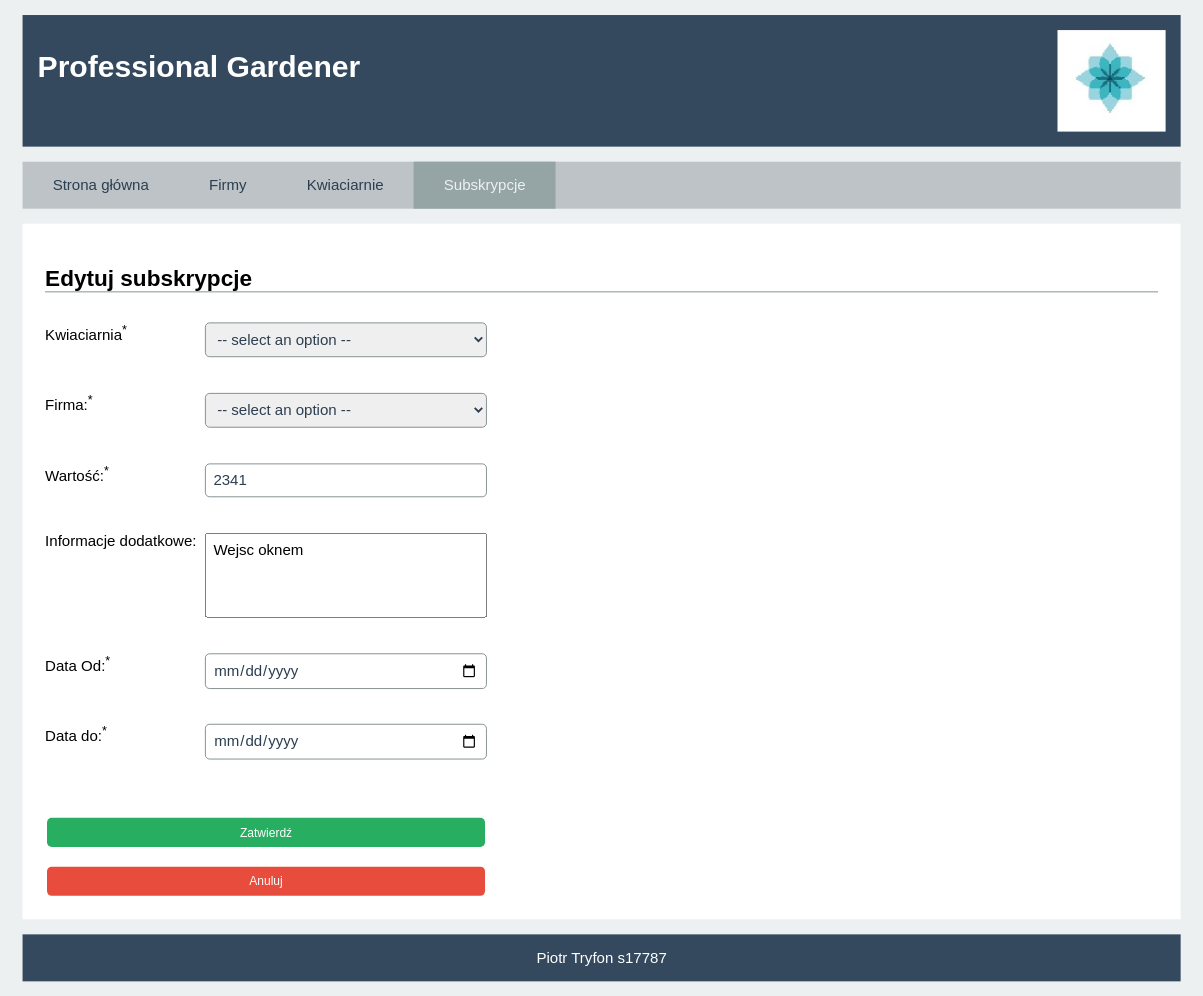
Repository: s17787/TIN
Page: tin_zaoczne_12_s17787_html-css/pages/subscription-edit.html
The author's editor kept a copy of each file at every save. The page is drawn from the files as they stood at one save, then again after a run of saves.
The browser window is 1280 px wide. The pictures show the whole page, at 94% of full size.

Above is the page before, as saved 2021-01-06 21:40:27.

After the next 2 saves:
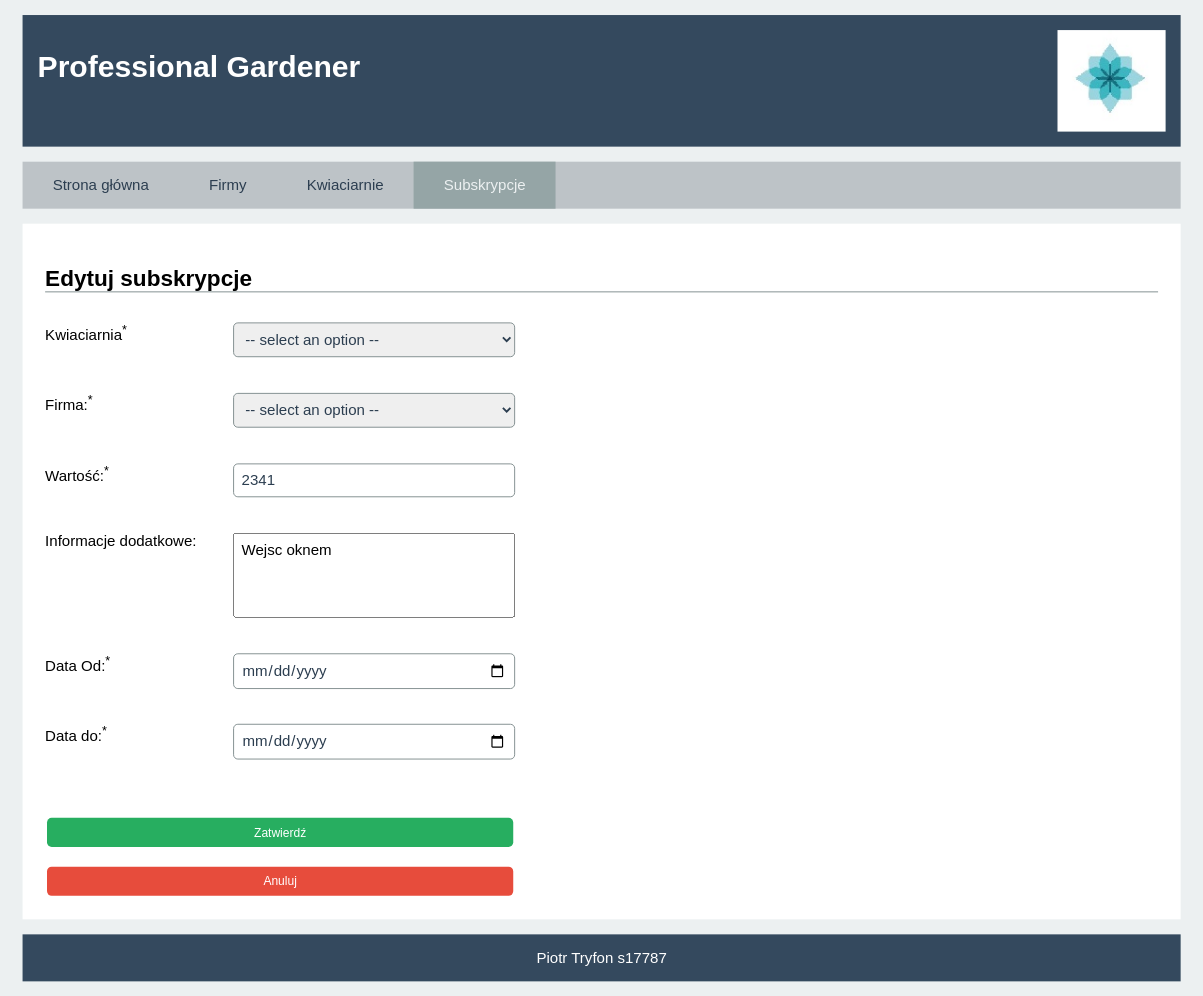
The 2 saves are shown as one change because they came seconds apart.
The last was saved 17 s later.
--- a/tin_zaoczne_12_s17787_html-css/css/style.css
+++ b/tin_zaoczne_12_s17787_html-css/css/style.css
@@ -190,7 +190,7 @@ textarea {
 
 .form {
     display: grid;
-    grid-template-columns: 170px 300px;
+    grid-template-columns: 200px 300px;
     row-gap: 1rem;
 }
 
